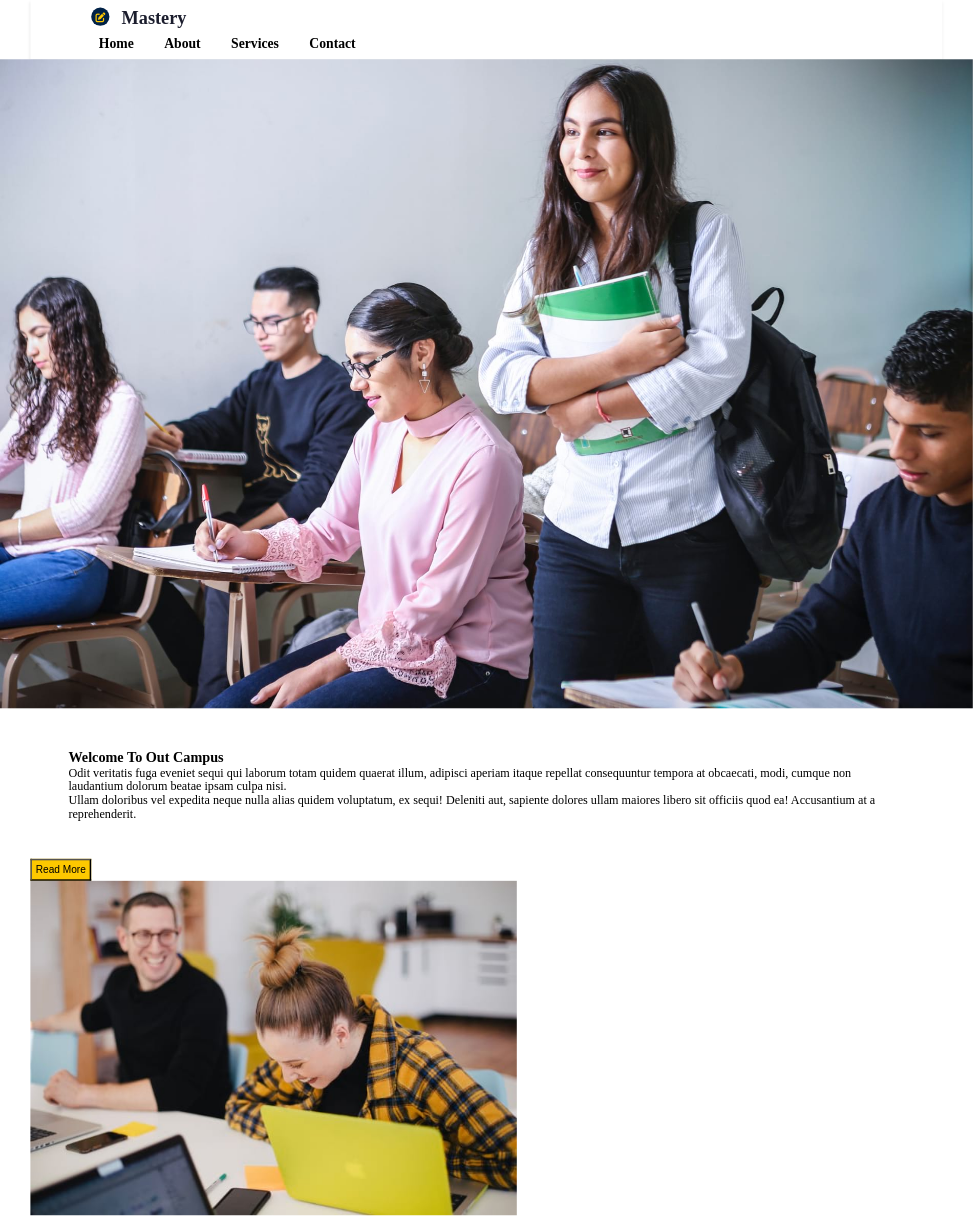
Repository: trminhphuc1504/Mastery
Page: index.html
An editor plug-in stored every save of this project. The page is shown before and after the next save, followed by the edit.
The browser window is 1280 px wide. The pictures show the whole page, at 76% of full size.
Some web libraries are served in a nearby version.

Above is the page before, as saved 2024-08-22 12:31:22.

After the next save:
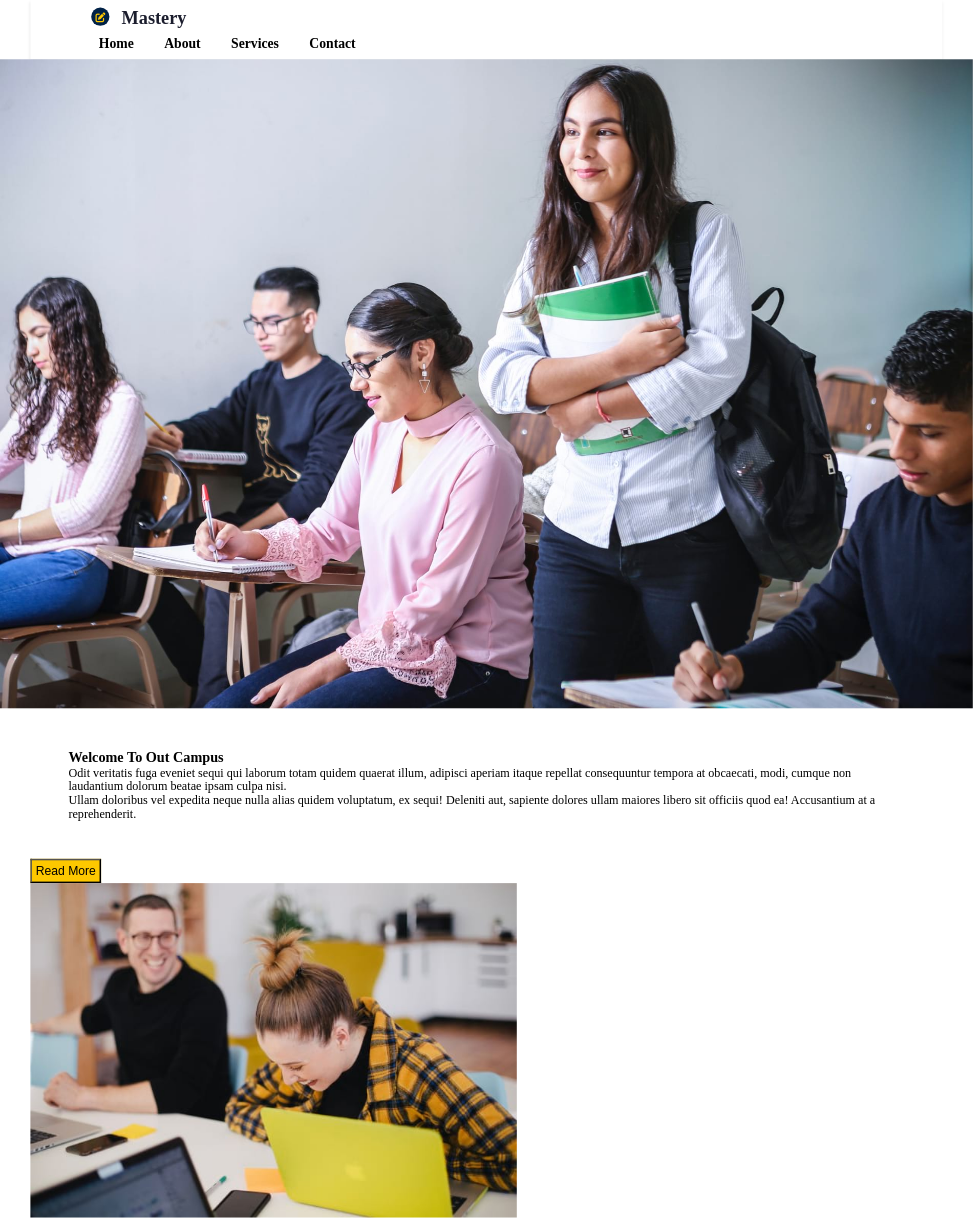
Saved 21 s later.
--- a/css/style.css
+++ b/css/style.css
@@ -90,5 +90,6 @@
 .banner-button .banner-btn{
     background-color:#FDC800;
     padding: 5px 5px;
-    font-weight: 500;
+    font-weight: 400;
+    font-size: 16px;
 }

After the 2 saves that followed:
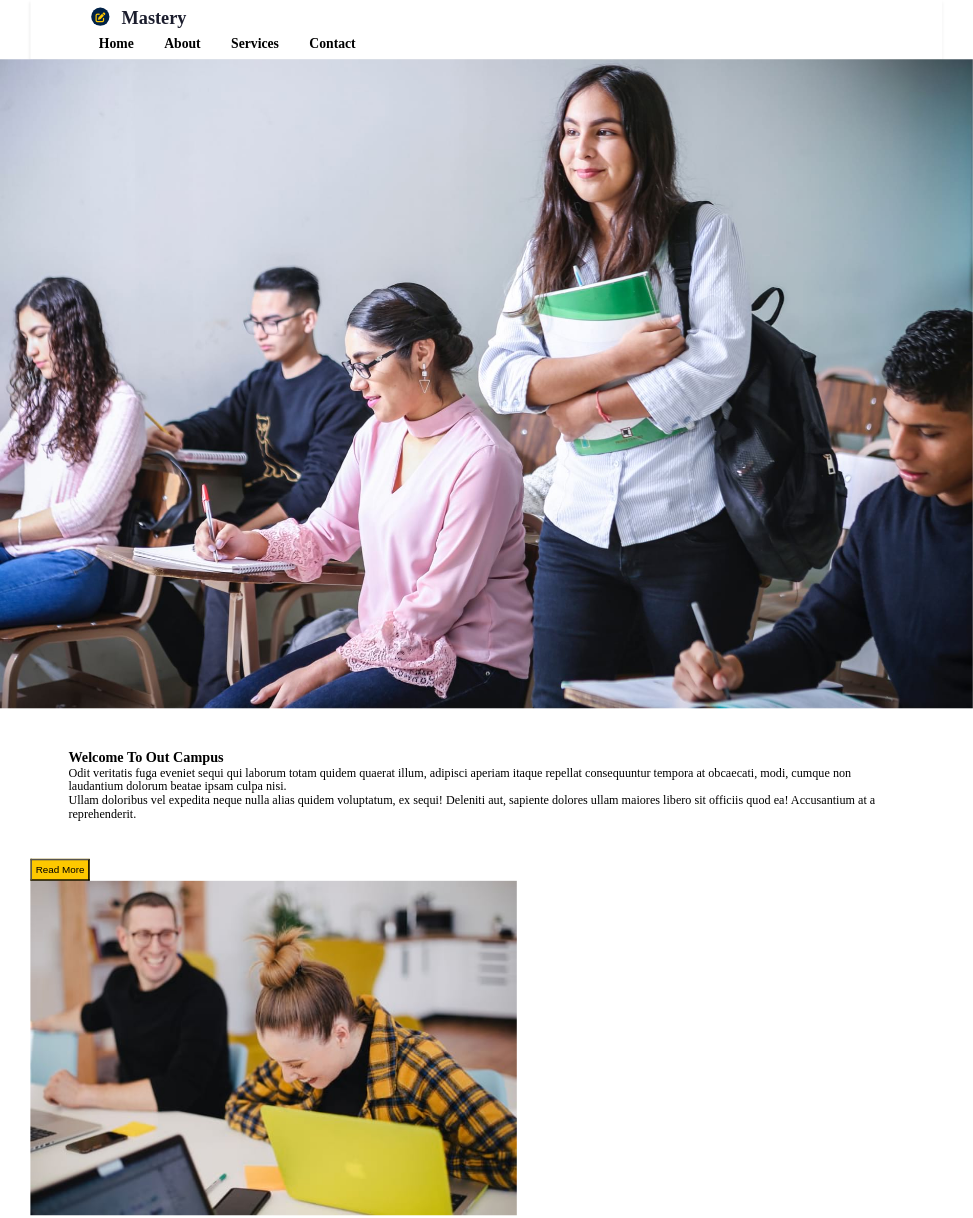
The 2 saves are shown as one change because they came seconds apart.
The last was saved 8 s later.
--- a/css/style.css
+++ b/css/style.css
@@ -91,5 +91,5 @@
     background-color:#FDC800;
     padding: 5px 5px;
     font-weight: 400;
-    font-size: 16px;
+    font-size: 13px;
 }
